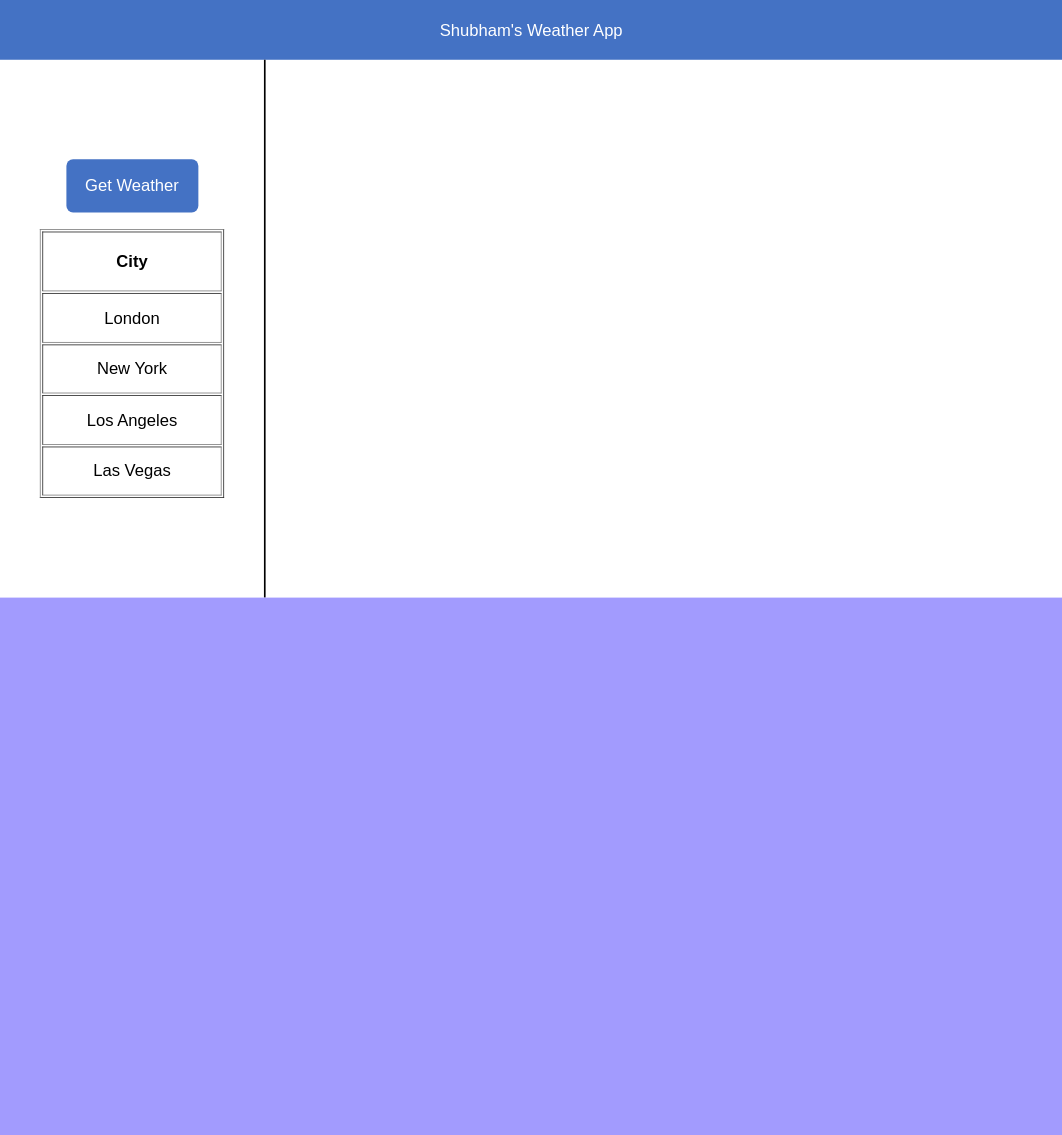
Repository: hey-shubham/WeatherAPI
Page: index.html
These files come from the project's save history. The page is drawn as it stood at one moment and after the next save; the edit follows.
The browser window is 1280 px wide. The pictures show the whole page, at 83% of full size.

Above is the page before, as saved 2022-03-28 21:00:00.

### index.html
<!DOCTYPE html>
<html lang="en">
  <head>
    <meta charset="UTF-8" />
    <meta http-equiv="X-UA-Compatible" content="IE=edge" />
    <meta name="viewport" content="width=device-width, initial-scale=1.0" />
    <title>Weather API</title>
    <script src="script.js" defer></script>
    <link rel="stylesheet" href="style.css" />
  </head>
  <body>
    <div class="weather-app">
      <header>Shubham's Weather App</header>
      <main>
        <aside>
          <button>Get Weather</button>
          <table border="1">
            <thead>
              <tr>
                <th>City</th>
              </tr>
            </thead>
            <tbody>
              <tr>
                <td>London</td>
              </tr>
              <tr>
                <td>New York</td>
              </tr>
              <tr>
                <td>Los Angeles</td>
              </tr>
              <tr>
                <td>Las Vegas</td>
              </tr>
            </tbody>
          </table>
        </aside>
        <div class="content"></div>
      </main>
    </div>
  </body>
</html>

### style.css

*{
    margin: 0;
    padding: 0;
    box-sizing: border-box;
    font-family: sans-serif;
    font-size: 20px;
}
html,body{
    height: 100vh;
    width: 100vw;
}
.weather-app header{
    height: 10vh;
    background-color: #4472C4;
    display: flex;
    justify-content: center;
    align-items: center;
    color: #ffffff;
}
.weather-app main{
    height: 90vh;
    /* background-color: blue; */
}
.weather-app aside{
    height: 100%;
    width: 25%;
    border-right: 2px solid black;
    /* background-color: red; */
    display: flex;
    flex-direction: column;
    justify-content: center;
    align-items: center;
}
.weather-app aside button{
    height: 10%;
    width: 50%;
    border-radius: 8px;
    border-style: none;
    color: white;
    background-color: #4472C4;
    margin-bottom: 1rem;
}
aside table{
    height: 50%;
    width: 70%;
}
aside th {
    height: 10vh;
}
aside td{
    text-align: center;
}
.weather-app .content{
    height: 100%;
    background-color: #a29bfe;
}

Loaded but not shown: script.js (no copy from this time; the picture is the same without it)

After the next save:
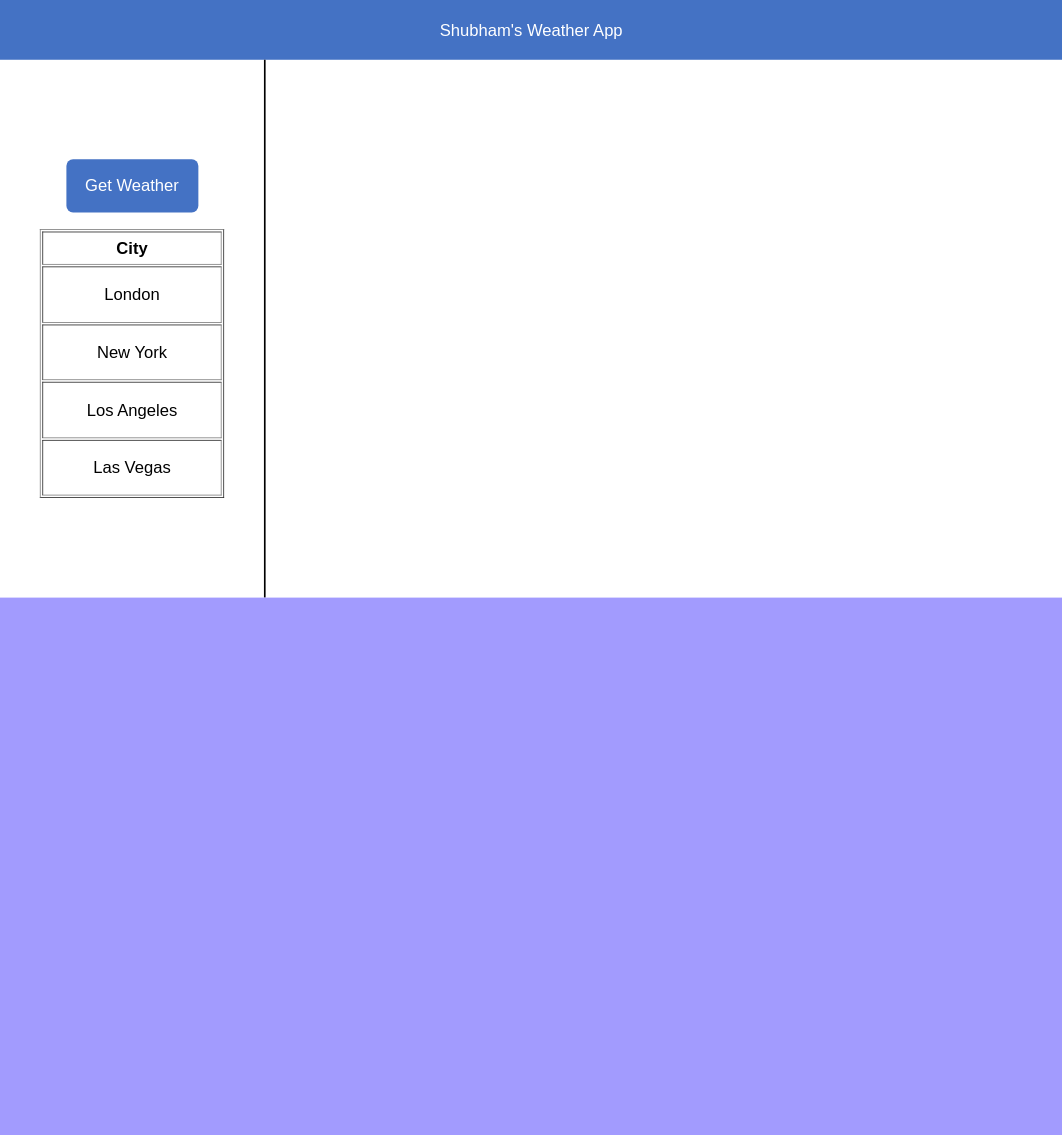
Saved 8 s later.
--- a/style.css
+++ b/style.css
@@ -46,7 +46,7 @@ aside table{
     width: 70%;
 }
 aside th {
-    height: 10vh;
+    height: 2rem;
 }
 aside td{
     text-align: center;
